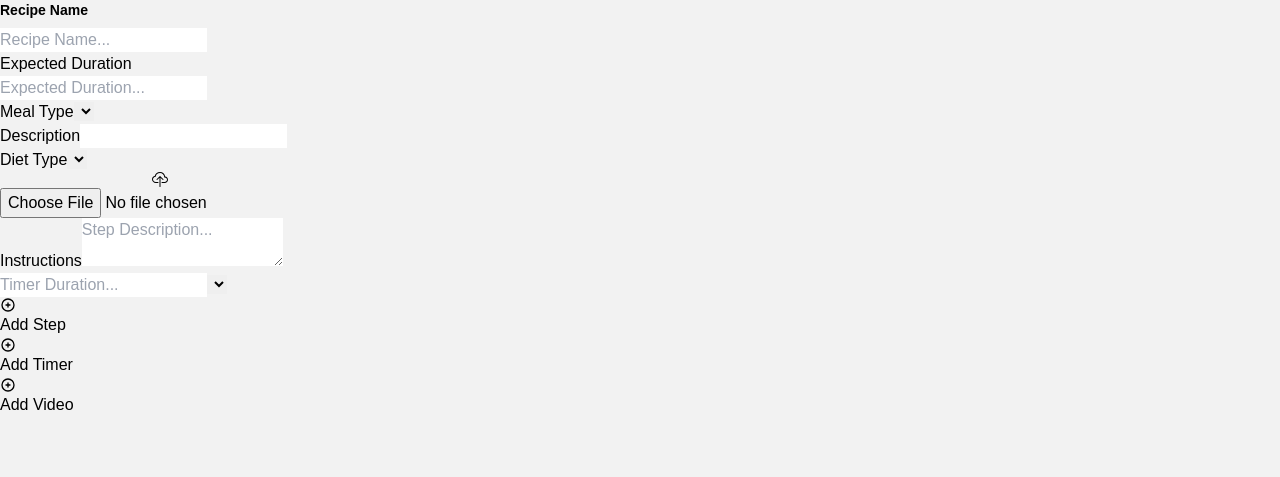
Repository: stvnsok/-capstone-project-3900-w18a-terraluna
Page: /new_recipe (app in frontend/)
An editor plug-in stored every save of this project. The page is shown before and after the next save, followed by the edit.
The browser window is 1280 px wide. The pictures show the whole page.
The project was rebuilt for these pictures with package versions that can differ from the ones it lists, and the page was loaded fresh each time. Also part of the build but not shown: frontend/src/services/auth.service.ts, frontend/src/api.ts, frontend/src/services/recipeContributor.service.ts, frontend/src/components/global/Modal.tsx, frontend/src/components/global/TextInput.tsx, frontend/src/components/Auth/helperFunctions.ts, frontend/src/components/Auth/ChangeEmailForm.tsx, frontend/src/components/Auth/ChangePasswordForm.tsx and 10 more.

Above is the page before, as saved 2022-07-19 21:33:27.

After the next save:
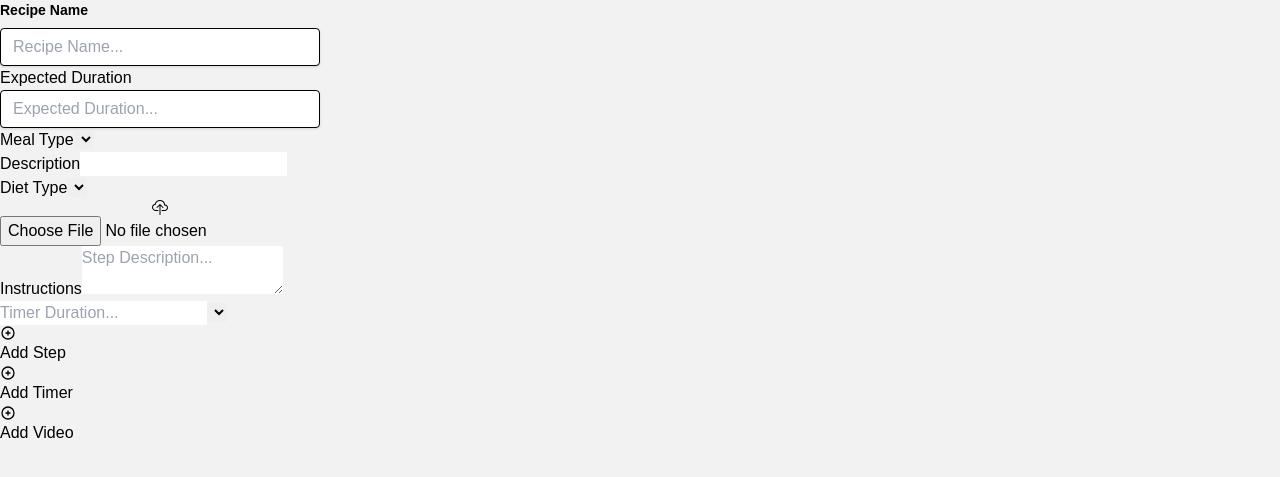
Saved 46 s later.
--- a/frontend/src/components/NewRecipe/CreateRecipeCard.tsx
+++ b/frontend/src/components/NewRecipe/CreateRecipeCard.tsx
@@ -65,6 +65,7 @@ export default function CreateRecipe () {
                     <input
                         {...register('name')}
                         placeholder = "Recipe Name..."
+                        className = 'shadow appearance-none border rounded w-full py-2 px-3 text-gray-700 leading-tight focus:outline-none focus:shadow-lg'
                     />
                 </div>
                 <div>
@@ -72,6 +73,7 @@ export default function CreateRecipe () {
                     <input
                         {...register('cookTime')}
                         placeholder = "Expected Duration..."
+                        className = 'shadow appearance-none border rounded w-full py-2 px-3 text-gray-700 leading-tight focus:outline-none focus:shadow-lg'
                     />
                 </div>
                 <div>
